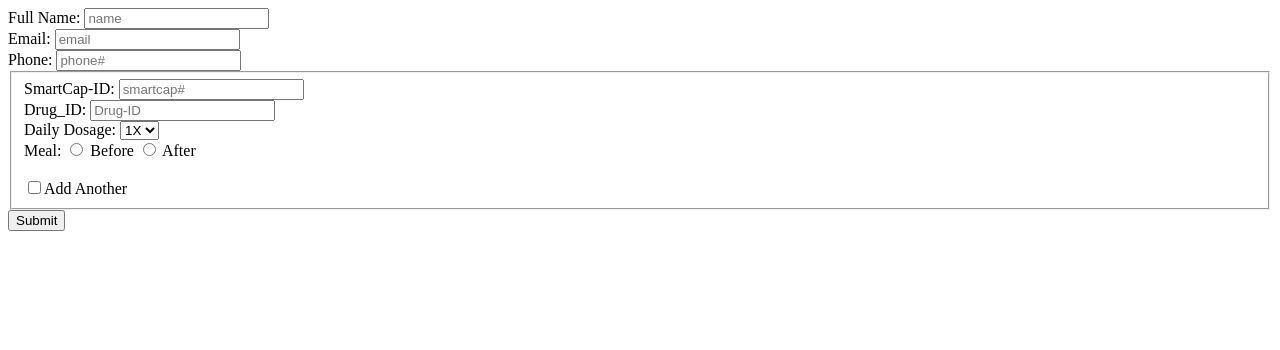
Repository: abhibroto0402/smartcap-service-node
Page: index.html
The author's editor kept a record of every edit. The page is drawn from the files as they stood at one moment, then again after the next edit.
The browser window is 1280 px wide. The pictures show the whole page.

Above is the page before.

After the next edit:
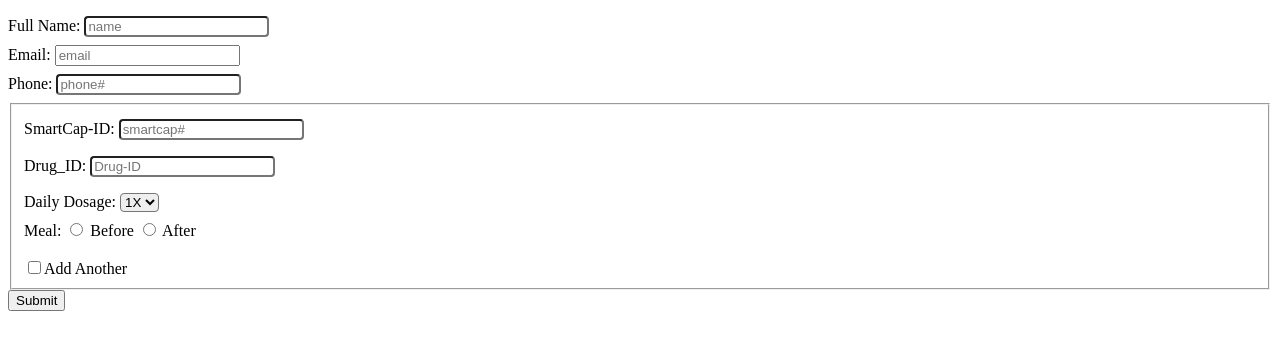
The edit:
--- a/index.html
+++ b/index.html
@@ -39,7 +39,7 @@
 <body>
 
 <style>
-input[type=text, select {
+input[type=text], select {
     margin: 8px 0;
     display: inline-block;
     border-radius: 4px;
